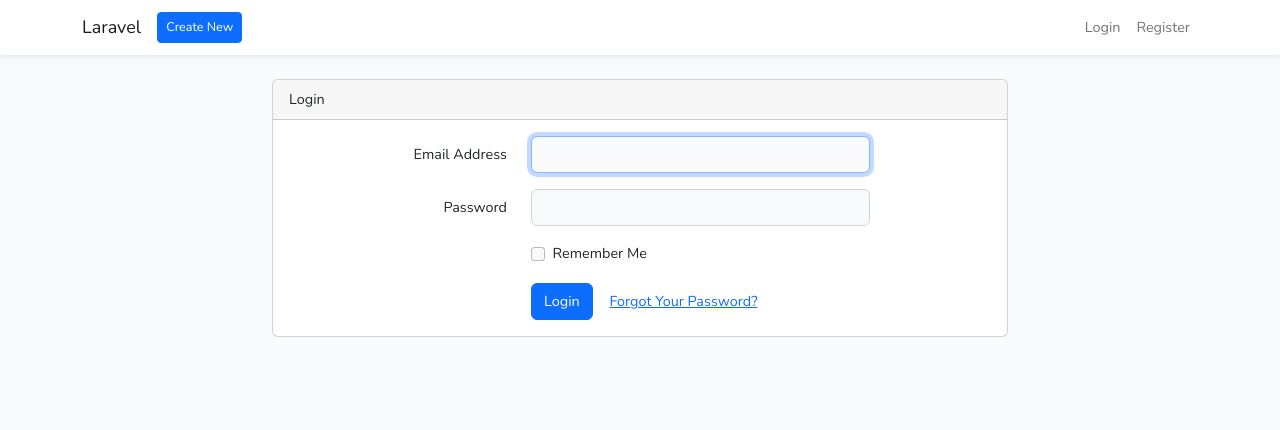
Repository: Hellcat98/Practica_laravel_alfredo
Page: http://localhost/login
The author's editor kept a copy of each file at every save. The page is drawn from the files as they stood at one save, then again after the next save.
The browser window is 1280 px wide. The pictures show the whole page.
The page is served by the project's Laravel application, run on PHP 8.4 with Laravel 10. Style sheets and scripts are compiled from the project's sources, by tool versions that may differ from the author's.

Above is the page before, as saved 2023-06-11 17:15:50.

After the next save:
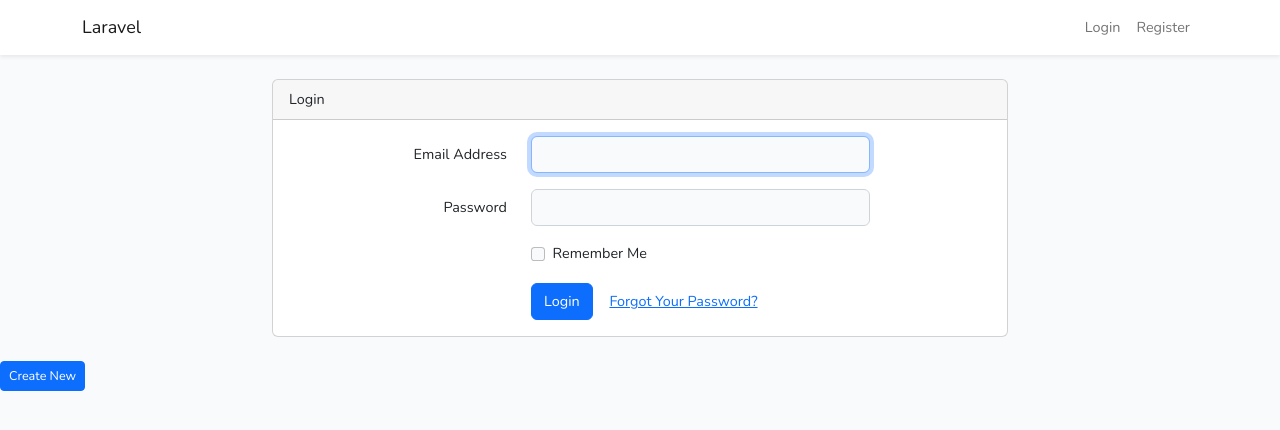
Saved 56 s later.
--- a/resources/views/layouts/app.blade.php
+++ b/resources/views/layouts/app.blade.php
@@ -30,11 +30,7 @@
                 <div class="collapse navbar-collapse" id="navbarSupportedContent">
                     <!-- Left Side Of Navbar -->
                     <ul class="navbar-nav me-auto">
-                        <div class="float-right">
-                            <a href="{{ route('proyecto.create') }}" class="btn btn-primary btn-sm float-right"  data-placement="left">
-                              {{ __('Create New') }}
-                            </a>
-                          </div>
+
 
                     </ul>
 
@@ -81,5 +77,11 @@
             @yield('content')
         </main>
     </div>
+
+    <div class="float-right">
+        <a href="{{ route('proyecto.create') }}" class="btn btn-primary btn-sm float-right"  data-placement="left">
+          {{ __('Create New') }}
+        </a>
+      </div>
 </body>
 </html>
